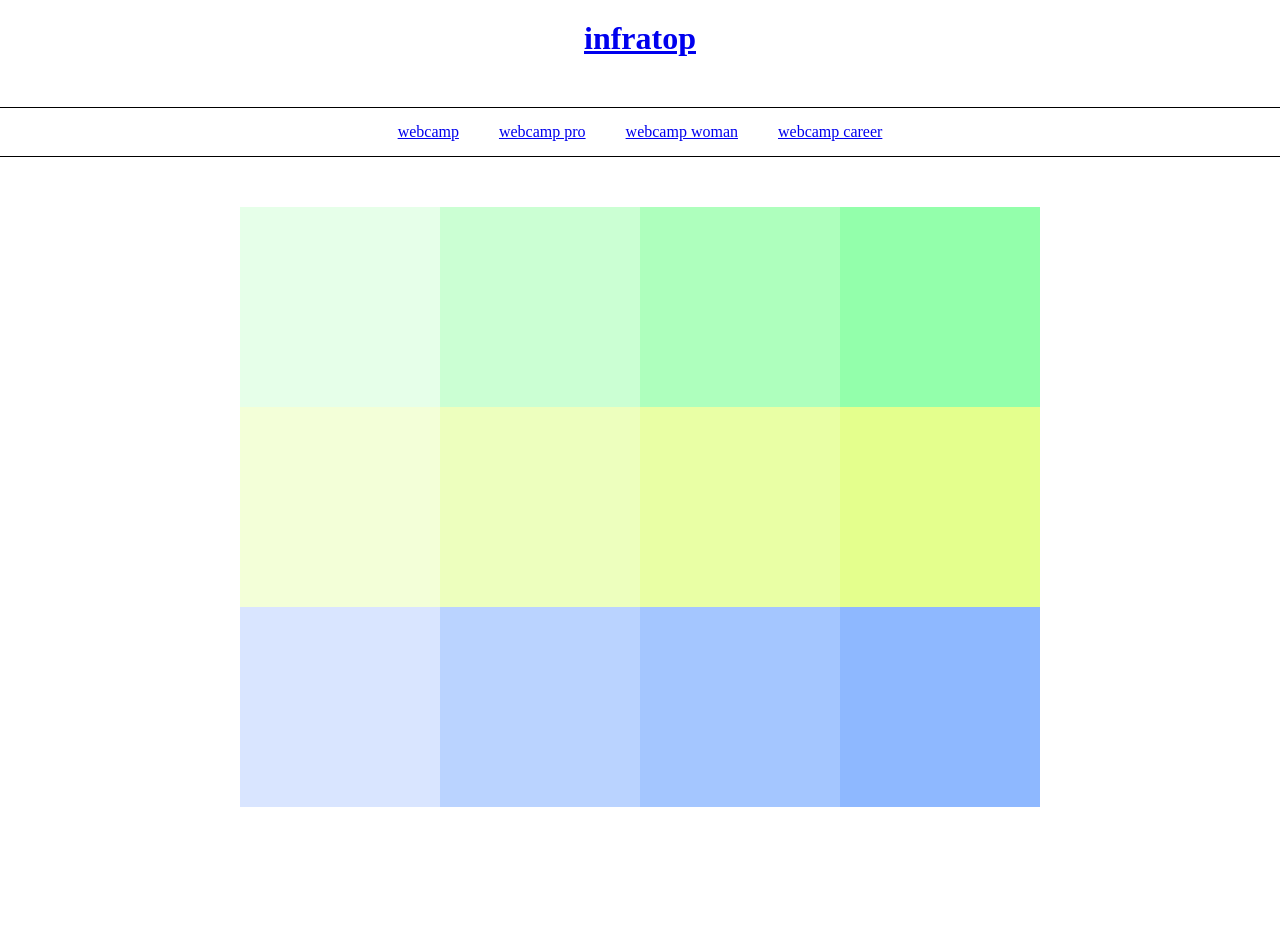
Repository: yuu2310/dmm-webcamp
Page: chapter5_exercise/index.html
The author's editor kept a record of every edit. The page is drawn from the files as they stood at one moment, then again after the next edit.
The browser window is 1280 px wide. The pictures show the whole page.

Above is the page before.

### chapter5_exercise/index.html
<!DOCTYPE HTML>
<html lang="ja">
  <head>
    <meta charset="UTF-8" />
    <title>chapter5演習</title>
    <link rel="stylesheet" href="style.css"/>
  </head>

  <body>
    <header>
      <h1 class="heading">
        <a href="index.html">
          infratop
        </a>
      </h1>
    </header>

    <nav>
      <ul class="nav-list">
        <li class="nav-list-item">
          <a href="index.html">
            webcamp
          </a>
        </li>
        <li class="nav-list-item">
          <a href="index.html">
            webcamp pro
          </a>
        </li>
        <li class="nav-list-item">
          <a href="index.html">
            webcamp woman
          </a>
        </li>
        <li class="nav-list-item">
          <a href="index.html">
            webcamp career
          </a>
        </li>
      </ul>
    </nav>

    <main>
      <div class="box1"></div>
      <div class="box2"></div>
      <div class="box3"></div>
      <div class="box4"></div>
      <div class="box5"></div>
      <div class="box6"></div>
      <div class="box7"></div>
      <div class="box8"></div>
      <div class="box9"></div>
      <div class="box10"></div>
      <div class="box11"></div>
      <div class="box12"></div>
    </main>

    <footer>
      <p class="footer-text">© All rights reserved by Infratop.Inc.</p>
    </footer>
  </body>
</html>

### chapter5_exercise/style.css
* {
  margin: 0;
  padding: 0;
  box-sizing: border-box;
}

.heading {
  width: 100%;
  margin: 20px 0;
  text-align: center;
}

.nav-list {
  display: flex;
  justify-content: center;
  list-style: none;
  padding: 15px 0;
  border-top: 1px solid #000000;
  border-bottom: 1px solid #000000;
  margin: 50px 0;
}

.nav-list-item {
  margin: 0 20px;
}

main {
  width: 800px;
  margin: 0 auto;
  display:flex;
  flex-wrap: wrap;
}

.box1 {
  width: 200px;
  height: 200px;
  background-color: #e6ffe9;
}

.box2 {
  width: 200px;
  height: 200px;
  background-color: #cbffd3;
}

.box3 {
  width: 200px;
  height: 200px;
  background-color: #aeffbd;
}

.box4 {
  width: 200px;
  height: 200px;
  background-color: #93ffab;
}

.box5 {
  width: 200px;
  height: 200px;
  background-color: #f3ffd8;
}

.box6 {
  width: 200px;
  height: 200px;
  background-color: #edffbe;
}

.box7 {
  width: 200px;
  height: 200px;
  background-color: #e9ffa5;
}

.box8 {
  width: 200px;
  height: 200px;
  background-color: #e4ff8d;
}

.box9 {
  width: 200px;
  height: 200px;
  background-color: #d9e5ff;
}

.box10 {
  width: 200px;
  height: 200px;
  background-color: #bad3ff;
}

.box11 {
  width: 200px;
  height: 200px;
  background-color: #a4c6ff;
}

.box12 {
  width: 200px;
  height: 200px;
  background-color: #8eb8ff;
}

footer {
  width: 100%;
  height: 120px;

}

.footer-text {
  color: #FFFFFF;;
}

After the next edit:
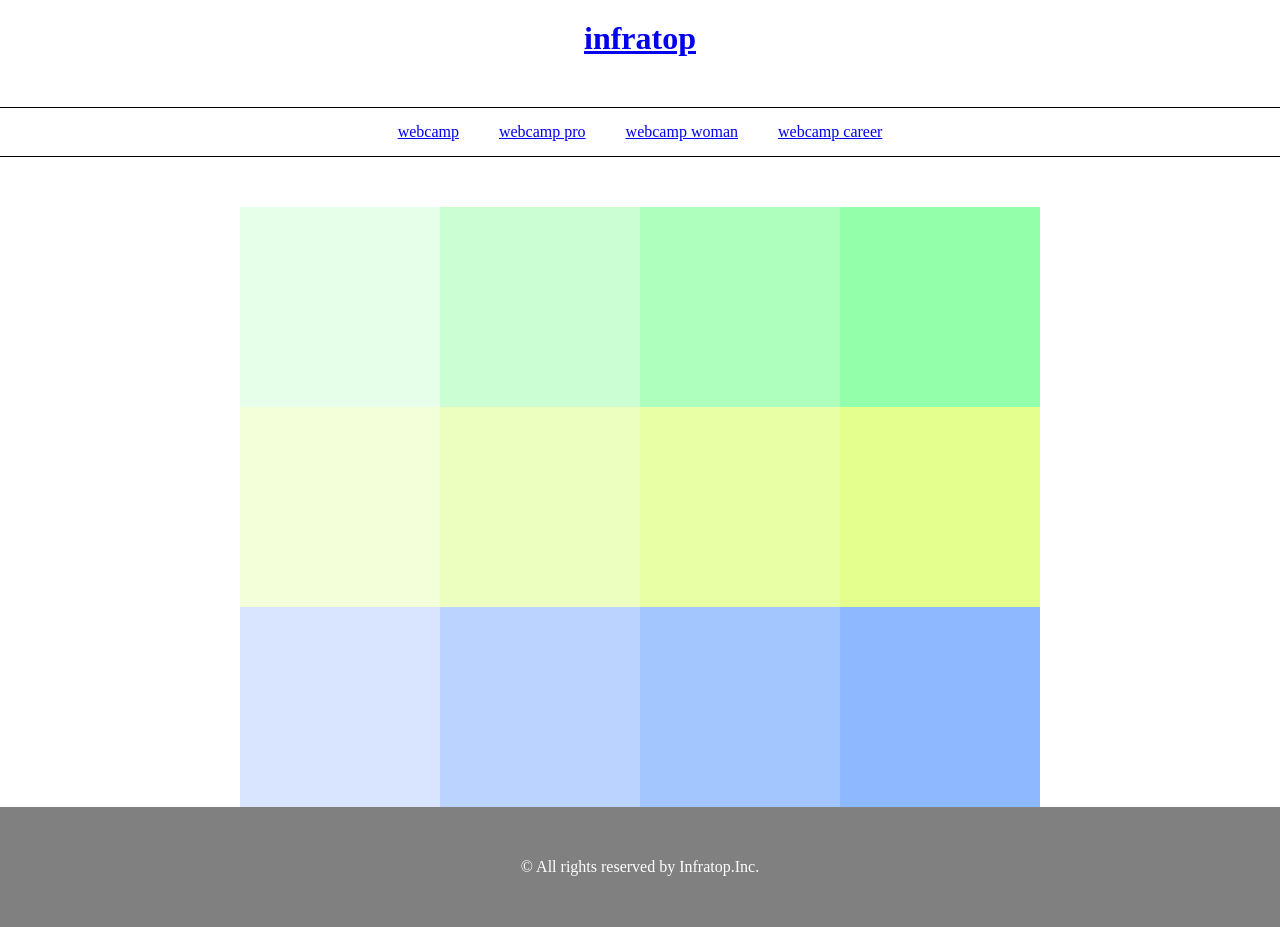
The edit:
--- a/chapter5_exercise/style.css
+++ b/chapter5_exercise/style.css
@@ -106,7 +106,9 @@
 footer {
   width: 100%;
   height: 120px;
-
+  text-align: center;
+  line-height: 120px;
+  background-color: #808080;
 }
 
 .footer-text {
